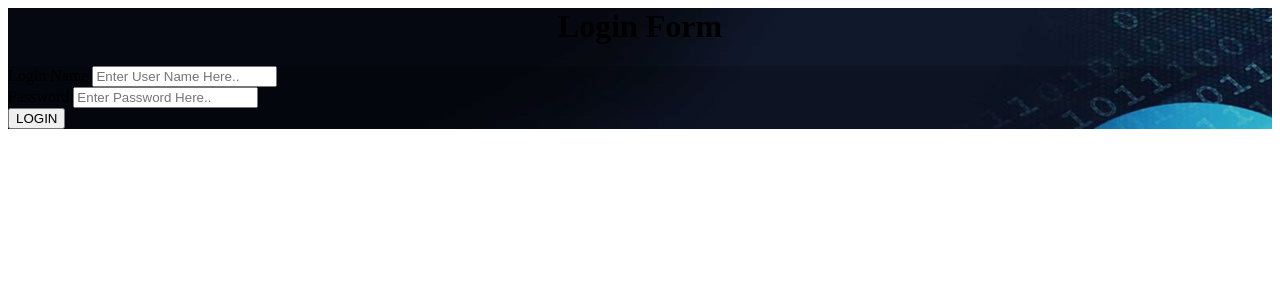
Repository: yogenderupadhyay/Project-2
Page: LetsTalkFrontend/WebContent/c_user/Login.html
An editor plug-in stored every save of this project. The page is shown before and after the next save, followed by the edit.
The browser window is 1280 px wide. The pictures show the whole page.

Above is the page before, as saved 2018-08-01 17:20:55.

### LetsTalkFrontend/WebContent/c_user/Login.html
<div class="container" data-ng-Controller="UserController" style="background-image:url('resources/img/login.jpg'); ">

 <h1 class="well"><center><font face="Monotype Corsiva">Login Form</font></center></h1>
	<div class="col-lg-12 well">
	<div class="row">
				<form class="form"style="background: rgba(0, 0, 0, 0.2);">
					<div class="col-sm-12">
						<div class="row">
							<div class="col-sm-6 form-group">
								<label>Login Name</label>
								<input type="text" name="loginname" data-ng-model="User.emailID"  placeholder="Enter User Name Here.." class="form-control">
							</div>
							<div class="col-sm-6 form-group">
								<label>Password </label>
								<input type="password" name="password" data-ng-model="User.password" placeholder="Enter Password Here.." class="form-control">
							</div>
						</div>
					<div>
					<button type="button" data-ng-click="checklogin()" class="btn btn-lg btn-info">LOGIN</button>
					</div>
				</form>
		</div>
	</div>
</div>

After the next save:
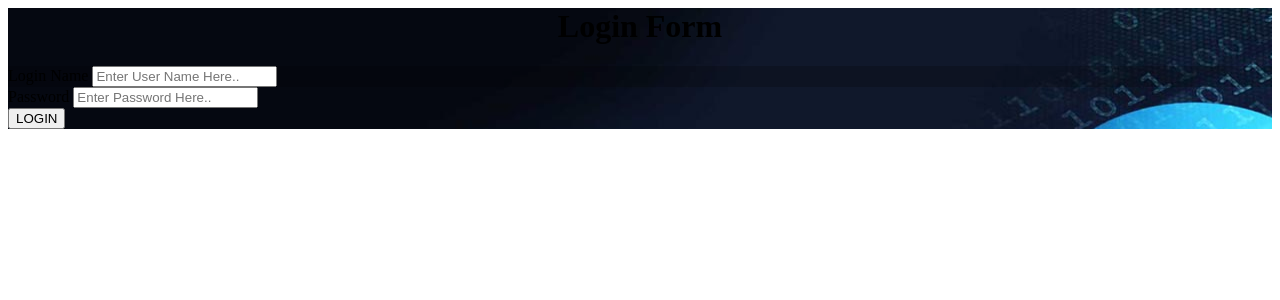
Saved 43 s later.
--- a/LetsTalkFrontend/WebContent/c_user/Login.html
+++ b/LetsTalkFrontend/WebContent/c_user/Login.html
@@ -3,10 +3,10 @@
  <h1 class="well"><center><font face="Monotype Corsiva">Login Form</font></center></h1>
 	<div class="col-lg-12 well">
 	<div class="row">
-				<form class="form"style="background: rgba(0, 0, 0, 0.2);">
+				<form class="form">
 					<div class="col-sm-12">
 						<div class="row">
-							<div class="col-sm-6 form-group">
+							<div class="col-sm-6 form-group" style="background: rgba(0, 0, 0, 0.2);">
 								<label>Login Name</label>
 								<input type="text" name="loginname" data-ng-model="User.emailID"  placeholder="Enter User Name Here.." class="form-control">
 							</div>
